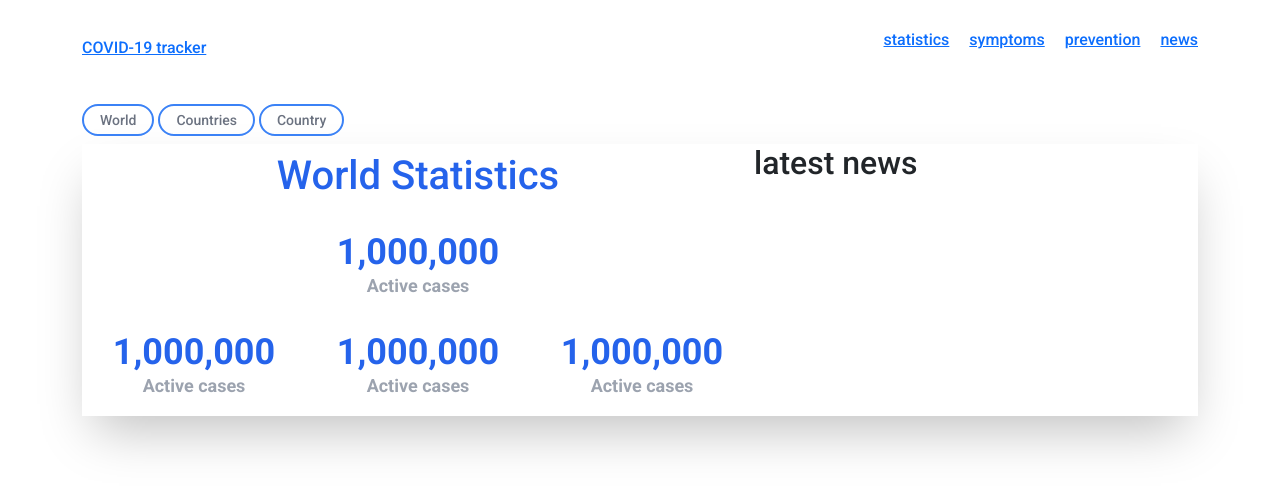
Repository: latenightsnacc/covid-19tracker
Page: design/index.html
The author's editor kept a copy of each file at every save. The page is drawn from the files as they stood at one save, then again after the next save.
The browser window is 1280 px wide. The pictures show the whole page.
Some web libraries are served in a nearby version.

Above is the page before, as saved 2021-07-22 16:37:50.

### design/index.html
<!DOCTYPE html>
<html lang="en">
<head>
    <meta charset="UTF-8">
    <meta http-equiv="X-UA-Compatible" content="IE=edge">
    <meta name="viewport" content="width=device-width, initial-scale=1.0">
    <!--Tailwind Css-->
    <link href="https://unpkg.com/tailwindcss@^2/dist/tailwind.min.css" rel="stylesheet">
    <!--Bootstrap CSS-->
    <link href="https://cdn.jsdelivr.net/npm/bootstrap@5.0.0-beta3/dist/css/bootstrap.min.css" rel="stylesheet" integrity="sha384-eOJMYsd53ii+scO/bJGFsiCZc+5NDVN2yr8+0RDqr0Ql0h+rP48ckxlpbzKgwra6" crossorigin="anonymous">
    <!--Font Awesome 5 CDN-->
    <link href="https://cdnjs.cloudflare.com/ajax/libs/font-awesome/5.13.0/css/all.min.css" rel="stylesheet">
    <!--Roboto: Google Font-->
    <link rel="preconnect" href="https://fonts.googleapis.com">
<link rel="preconnect" href="https://fonts.gstatic.com" crossorigin>
<link href="https://fonts.googleapis.com/css2?family=Roboto:wght@300;500;700&display=swap" rel="stylesheet">
    <title>COVID-19 Tracker</title>
    <style>
        * {
            font-family: 'Roboto', sans-serif;
        }
        #coco {

            fill: rgb(1, 1, 58);
            stroke: rgb(95, 4, 80);
            stroke-width: 5px;
            animation: virus-spin infinite 20s linear;

        }

        @keyframes virus-spin {
            from {
                /* transform: rotate(0deg); */
                transform: rotateZ(0deg);
            }
            to {
                transform: rotateZ(-360deg);
            }
        }

    </style>
</head>
<body>
    <main class="m-auto">
        <!--Navigation Component-->
        <div class="container">
            <nav class="flex justify-between w-100 items-center h-24">
                <a href="index.html">
                    <div>COVID-19 tracker</div>
                </a>
                <ul class="flex">
                    <li>
                        <a href="">statistics</a>
                    </li>
                    <li class="ml-5">
                        <a href="">symptoms</a>
                    </li>
                    <li class="ml-5">
                        <a href="">prevention</a>
                    </li>
                    <li class="ml-5">
                        <a href="">news</a>
                    </li>
                </ul>
            </nav>
        </div>

        <div class="container">
            <div class="tags py-2">
                <button class="border-2 border-blue-500 px-3 py-1 rounded-2xl text-gray-500 hover:bg-blue-500 hover:text-white text-mute text-sm capitalize">world</button>
                <button class="border-2 border-blue-500 px-3 py-1 rounded-2xl text-gray-500 hover:bg-blue-500 hover:text-white text-mute text-sm capitalize">countries</button>
                <button class="border-2 border-blue-500 px-3 py-1 rounded-2xl text-gray-500 hover:bg-blue-500 hover:text-white text-mute text-sm capitalize">country</button>
            </div>
            <div class="flex flex-col md:flex-row  shadow-2xl">

                <div class="w-100 md:w-1/2">
                    <h1 class="text-blue-600 text-center py-2">World Statistics</h1>
                    <div class="stats">
                        <div class="w-56 flex flex-col items-center justify-center p-3 m-auto">
                            <span class="text-4xl text-blue-600 font-bold">1,000,000</span>
                            <span class="text-lg text-gray-400 font-bold">Active cases</span>
                        </div>
                        <div class="flex justify-evenly">
                            <div class="w-56 flex flex-col items-center justify-center p-3">
                                <span class="text-4xl text-blue-600 font-bold">1,000,000</span>
                                <span class="text-lg text-gray-400 font-bold">Active cases</span>
                            </div>
                            <div class="w-56 flex flex-col items-center justify-center p-3">
                                <span class="text-4xl text-blue-600 font-bold">1,000,000</span>
                                <span class="text-lg text-gray-400 font-bold">Active cases</span>
                            </div>
                            <div class="w-56 flex flex-col items-center justify-center p-3">
                                <span class="text-4xl text-blue-600 font-bold">1,000,000</span>
                                <span class="text-lg text-gray-400 font-bold">Active cases</span>
                            </div>
                        </div>

                    </div>

                </div>
                <div class="w-100 md:w-1/2">
                    <h2>latest news</h2>

                </div>

            </div>
        </div>
    </main>
</body>
</html>

After the next save:
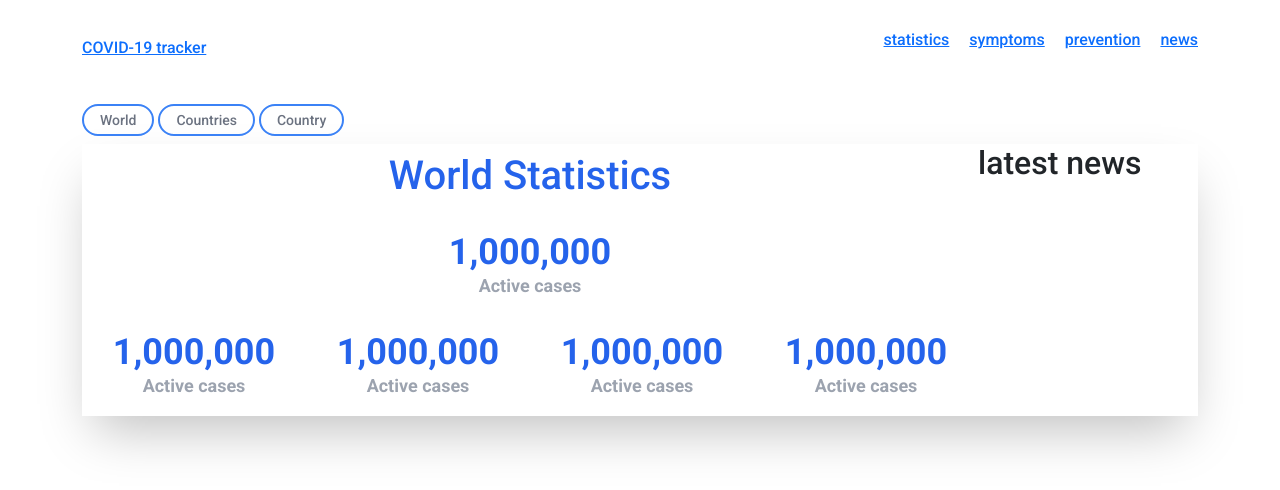
Saved 11 s later.
--- a/design/index.html
+++ b/design/index.html
@@ -93,6 +93,10 @@
                                 <span class="text-4xl text-blue-600 font-bold">1,000,000</span>
                                 <span class="text-lg text-gray-400 font-bold">Active cases</span>
                             </div>
+                            <div class="w-56 flex flex-col items-center justify-center p-3">
+                                <span class="text-4xl text-blue-600 font-bold">1,000,000</span>
+                                <span class="text-lg text-gray-400 font-bold">Active cases</span>
+                            </div>
                         </div>
 
                     </div>
